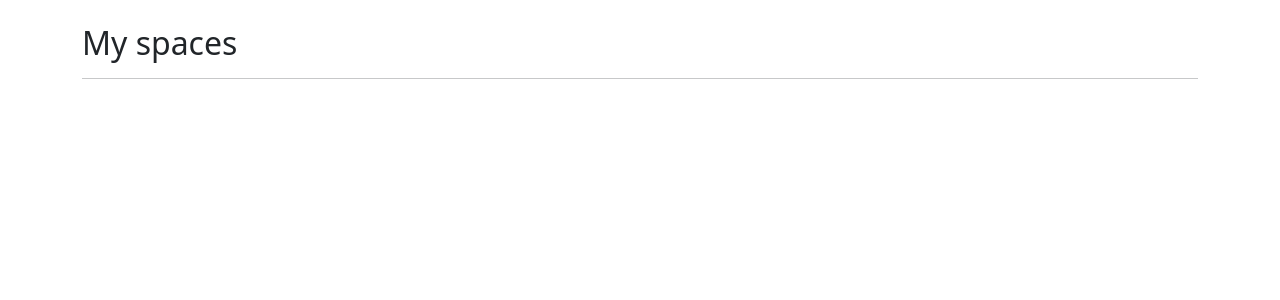
Repository: cflorido/Pre-parcial
Page: /
An editor plug-in stored every save of this project. The page is shown before and after the next save, followed by the edit.
The browser window is 1280 px wide. The pictures show the whole page.
The page's requests for data from a server got no answer. The project was rebuilt for these pictures with package versions that can differ from the ones it lists, and the page was loaded fresh each time. No one was signed in, and anything a server would have sent is missing. Also part of the build but not shown: src/App.css, src/App.js, src/edificio.js.

Above is the page before, as saved 2025-03-13 18:37:56.

After the next save:
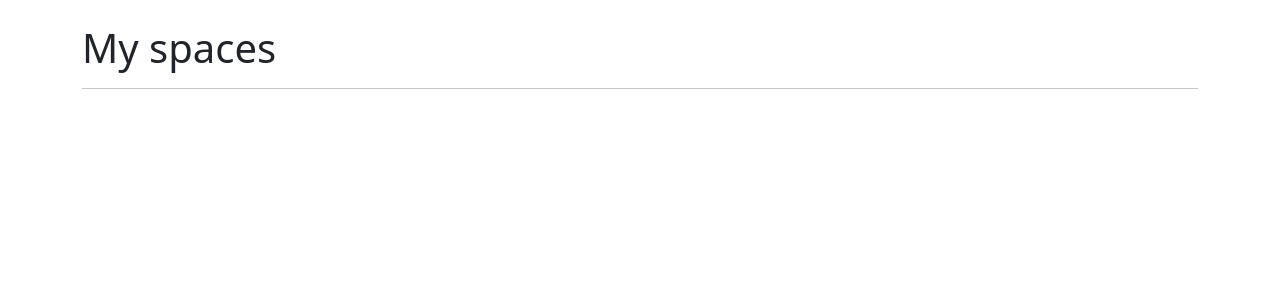
Saved 2 min 40 s later.
--- a/src/componentes.js
+++ b/src/componentes.js
@@ -20,7 +20,7 @@ export default function Componentes() {
 
     return (
         <div className="container">
-        <h2 className="mt-2">My spaces</h2>
+        <h1 className="mt-2">My spaces</h1>
         <hr></hr>
         <Row className="justify-content-center">
           {edificios.map((edificio) => (
